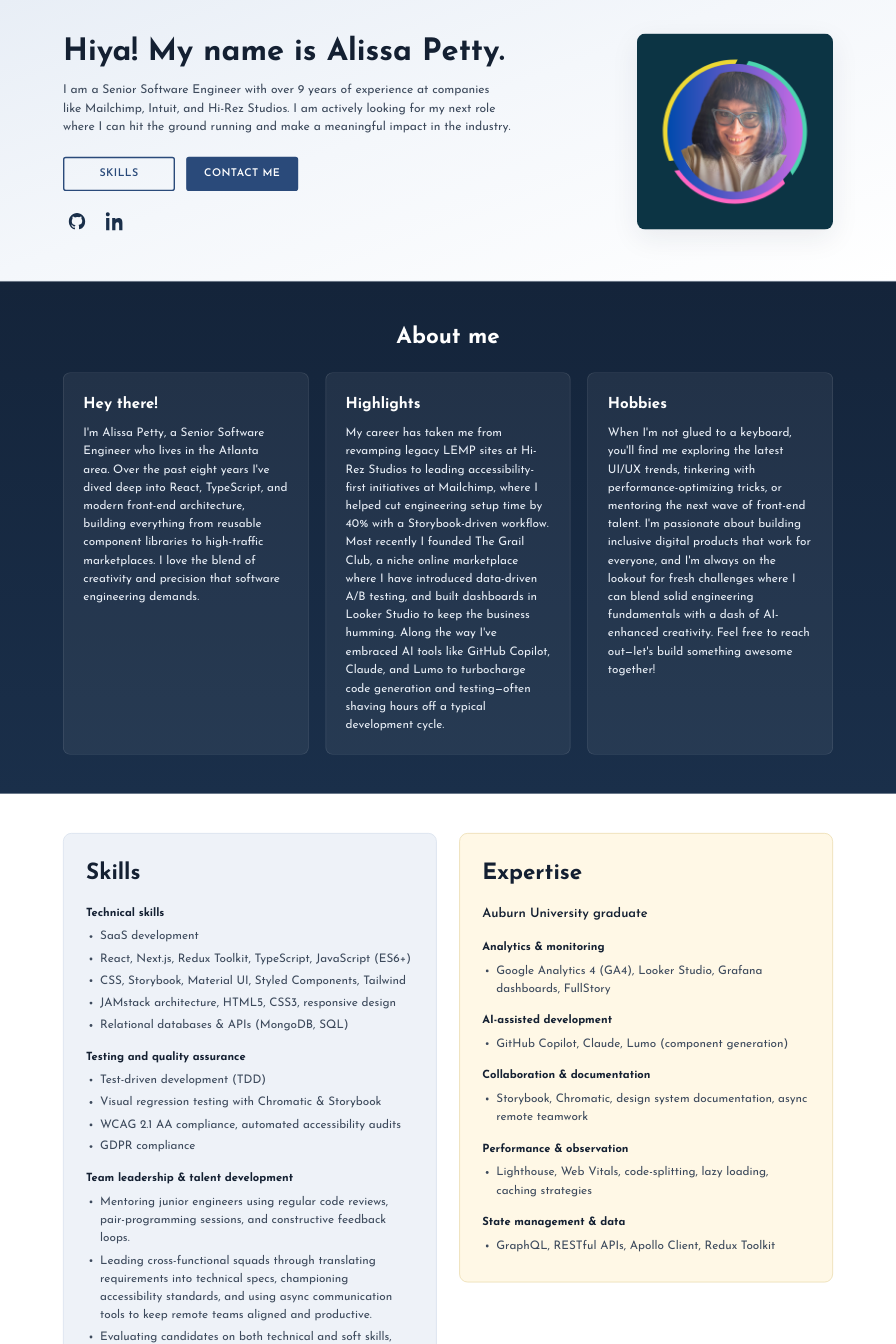
Repository: AlissaSPetty/alissa-petty-com
Page: /
The author's editor kept a copy of each file at every save. The page is drawn from the files as they stood at one save, then again after the next save.
The browser window is 1280 px wide. The pictures show the part of the page from y = 0 to 1920 px (the page is 4094 px tall), at 70% of full size.
The project was rebuilt for these pictures with package versions that can differ from the ones it lists, and the page was loaded fresh each time. Also part of the build but not shown: vite.config.ts, src/legal.css, src/pages/LegalPage.tsx.

Above is the page before, as saved 2026-05-03 17:44:52.

### index.html
<!doctype html>
<html lang="en">
  <head>
    <meta charset="UTF-8" />
    <link rel="icon" type="image/svg+xml" href="/favicon.svg" />
    <meta name="viewport" content="width=device-width, initial-scale=1.0" />
    <meta
      name="description"
      content="Alissa Petty — Senior Software Engineer. React, TypeScript, and modern web development. Atlanta area."
    />
    <meta
      name="keywords"
      content="Software Engineer, Web Developer, React, JavaScript, CV, Alissa Petty, Atlanta"
    />
    <title>Alissa Petty — Senior Software Engineer</title>
  </head>
  <body>
    <div id="root"></div>
    <script type="module" src="/src/main.tsx"></script>
  </body>
</html>

### src/index.css
@import url('https://fonts.googleapis.com/css2?family=Josefin+Sans:ital,wght@0,300;0,400;0,500;0,600;0,700;1,400&display=swap');

:root {
  --font-body: 'Josefin Sans', system-ui, sans-serif;
  --bg: #f4f7fb;
  --bg-muted: #eef2f8;
  --surface: #ffffff;
  --navy: #1a2f4a;
  --navy-deep: #14243a;
  --primary: #2a4a7a;
  --primary-hover: #355a92;
  --accent-footer: #f4d35e;
  --footer-text: #1a2332;
  --heading: #142032;
  --text: #3d4a5c;
  --text-on-dark: #e8eef6;
  --link: #1e5a9e;
  --border: #d5deeb;
  --shadow: 0 12px 40px rgba(20, 36, 58, 0.08);
}

*,
*::before,
*::after {
  box-sizing: border-box;
}

html {
  scroll-behavior: smooth;
}

body {
  margin: 0;
  font-family: var(--font-body);
  font-size: 1.05rem;
  line-height: 1.55;
  color: var(--text);
  background: var(--bg);
}

#root {
  min-height: 100vh;
}

.visually-hidden {
  position: absolute;
  width: 1px;
  height: 1px;
  padding: 0;
  margin: -1px;
  overflow: hidden;
  clip: rect(0, 0, 0, 0);
  white-space: nowrap;
  border: 0;
}

.skip-link {
  position: absolute;
  left: -9999px;
  top: 0.75rem;
  z-index: 100;
  padding: 0.5rem 1rem;
  background: var(--navy);
  color: var(--text-on-dark);
  font-weight: 600;
  text-decoration: none;
  border-radius: 4px;
}

.skip-link:focus {
  left: 0.75rem;
}

a {
  color: var(--link);
}

.container {
  width: min(1100px, 100% - 2rem);
  margin-inline: auto;
}

/* Hero */
.hero {
  background: linear-gradient(160deg, #e8eef6 0%, #f4f7fb 45%, #ffffff 100%);
  padding: 3rem 0 4rem;
  border-bottom: 1px solid var(--border);
}

.hero-inner {
  width: min(1100px, 100% - 2rem);
  margin-inline: auto;
  display: flex;
  flex-wrap: wrap;
  align-items: center;
  gap: 2.5rem;
  justify-content: space-between;
}

.hero-copy {
  flex: 1 1 320px;
  max-width: 640px;
}

.hero-copy h1 {
  margin: 0 0 1rem;
  font-size: clamp(1.85rem, 4vw, 2.75rem);
  font-weight: 700;
  color: var(--heading);
  line-height: 1.15;
}

.lead {
  margin: 0 0 1.75rem;
  font-size: 1.08rem;
}

.hero-actions {
  display: flex;
  flex-wrap: wrap;
  gap: 1rem;
  margin-bottom: 1.5rem;
}

.btn {
  display: inline-flex;
  align-items: center;
  justify-content: center;
  min-width: 10rem;
  padding: 0.65rem 1.35rem;
  font-family: inherit;
  font-size: 0.95rem;
  font-weight: 600;
  letter-spacing: 0.04em;
  text-transform: uppercase;
  text-decoration: none;
  border-radius: 4px;
  border: 2px solid transparent;
  cursor: pointer;
  transition: background 0.2s, color 0.2s, border-color 0.2s;
}

.btn:focus-visible {
  outline: 3px solid #f4d35e;
  outline-offset: 2px;
}

.btn-primary {
  background: var(--primary);
  color: #fff;
  border-color: var(--primary);
}

.btn-primary:hover {
  background: var(--primary-hover);
  border-color: var(--primary-hover);
}

.btn-outline {
  background: transparent;
  color: var(--primary);
  border-color: var(--primary);
}

.btn-outline:hover {
  background: rgba(42, 74, 122, 0.08);
}

.btn-block {
  width: 100%;
  min-width: unset;
}

.hero-social {
  display: flex;
  gap: 1rem;
}

.hero-social a {
  display: flex;
  color: var(--navy);
  padding: 0.35rem;
  border-radius: 6px;
}

.hero-social a:hover {
  background: rgba(26, 47, 74, 0.08);
}

.social-svg {
  width: 28px;
  height: 28px;
}

.hero-photo {
  margin: 0;
  flex: 0 1 280px;
  text-align: center;
}

.hero-photo img {
  width: min(50vw, 280px);
  max-width: 100%;
  height: auto;
  border-radius: 12px;
  box-shadow: var(--shadow);
  object-fit: cover;
  aspect-ratio: 1;
}

@media (max-width: 768px) {
  .hero-inner {
    flex-direction: column-reverse;
    text-align: center;
  }

  .hero-actions {
    justify-content: center;
  }

  .hero-social {
    justify-content: center;
  }

  .btn {
    width: 100%;
    min-width: unset;
  }
}

/* Sections */
.section {
  padding: 3.5rem 0;
}

.section--dark {
  background: linear-gradient(180deg, var(--navy-deep) 0%, var(--navy) 100%);
  color: var(--text-on-dark);
}

.section--muted {
  background: var(--bg-muted);
}

.section--skills {
  background: var(--surface);
}

.section--cta {
  background: linear-gradient(180deg, var(--primary) 0%, var(--navy) 100%);
  color: var(--text-on-dark);
}

.section-title {
  margin: 0 0 1.5rem;
  font-size: clamp(1.5rem, 3vw, 2rem);
  font-weight: 700;
  text-align: center;
  color: var(--heading);
}

.section-title--on-dark,
.section-title--on-primary {
  color: #fff;
}

.about-grid {
  display: grid;
  grid-template-columns: repeat(3, 1fr);
  gap: 1.5rem;
}

@media (max-width: 900px) {
  .about-grid {
    grid-template-columns: 1fr;
  }
}

.card {
  background: var(--surface);
  border-radius: 10px;
  padding: 1.75rem;
  box-shadow: var(--shadow);
}

.card--about {
  background: rgba(255, 255, 255, 0.06);
  border: 1px solid rgba(255, 255, 255, 0.12);
  color: var(--text-on-dark);
  box-shadow: none;
}

.card--about h3 {
  margin: 0 0 0.75rem;
  font-size: 1.35rem;
  color: #fff;
}

.card--about p {
  margin: 0;
}

.skills-layout {
  display: grid;
  grid-template-columns: 1fr 1fr;
  gap: 2rem;
  align-items: start;
}

@media (max-width: 900px) {
  .skills-layout {
    grid-template-columns: 1fr;
  }
}

.skills-panel {
  background: var(--bg-muted);
  border: 1px solid var(--border);
  border-radius: 12px;
  padding: 2rem;
}

.skills-panel--accent {
  background: #fff8e6;
  border-color: #e8d9a8;
}

.skills-panel h2 {
  text-align: left;
  margin-bottom: 1.25rem;
}

.skills-panel h4 {
  margin: 1.25rem 0 0.5rem;
  font-size: 1rem;
  font-weight: 700;
  color: var(--heading);
  text-transform: none;
}

.skills-panel ul {
  margin: 0;
  padding-left: 1.25rem;
}

.skills-panel li {
  margin-bottom: 0.35rem;
}

.degree {
  margin: 0 0 1rem;
  font-size: 1.15rem;
  font-weight: 600;
  color: var(--heading);
}

.divider {
  border: none;
  border-top: 1px solid var(--border);
  margin: 0 0 2.5rem;
}

.divider--on-primary {
  border-top-color: rgba(255, 255, 255, 0.25);
}

.work-grid {
  display: grid;
  grid-template-columns: repeat(3, 1fr);
  gap: 1.25rem;
}

@media (max-width: 900px) {
  .work-grid {
    grid-template-columns: 1fr;
  }
}

.work-grid figure {
  margin: 0;
  background: var(--surface);
  border-radius: 10px;
  overflow: hidden;
  border: 1px solid var(--border);
  box-shadow: var(--shadow);
}

.work-grid img {
  display: block;
  width: 100%;
  height: auto;
  aspect-ratio: 16 / 9;
  object-fit: cover;
}

.work-grid figcaption {
  padding: 0.85rem 1rem;
  font-weight: 600;
  text-align: center;
  color: var(--heading);
  font-size: 0.95rem;
}

.pub-grid {
  display: grid;
  grid-template-columns: 1fr 1fr;
  gap: 2rem;
}

@media (max-width: 768px) {
  .pub-grid {
    grid-template-columns: 1fr;
  }
}

.pub-card {
  background: var(--surface);
  border-radius: 12px;
  padding: 2rem;
  border: 1px solid var(--border);
  text-align: center;
  box-shadow: var(--shadow);
}

.pub-card h3 {
  margin: 0 0 1rem;
  font-size: 1.15rem;
  font-weight: 600;
  color: var(--heading);
  line-height: 1.35;
}

.pub-logo {
  display: block;
  margin: 0 auto 1.25rem;
  max-width: 100%;
  height: auto;
}

.cta-lead {
  text-align: center;
  max-width: 640px;
  margin: 0 auto 2.5rem;
  font-size: 1.05rem;
  opacity: 0.95;
}

.services-grid {
  display: grid;
  grid-template-columns: repeat(3, 1fr);
  gap: 1.5rem;
}

@media (max-width: 900px) {
  .services-grid {
    grid-template-columns: 1fr;
  }
}

.card--service {
  background: rgba(255, 255, 255, 0.08);
  border: 1px solid rgba(255, 255, 255, 0.2);
  color: var(--text-on-dark);
  box-shadow: none;
}

.card--service h3 {
  margin: 0 0 0.75rem;
  color: #fff;
  font-size: 1.25rem;
}

.card--service p {
  margin: 0;
}

/* Footer */
.site-footer {
  background: var(--accent-footer);
  color: var(--footer-text);
  padding: 3rem 0;
  text-align: center;
}

.footer-inner {
  display: flex;
  flex-direction: column;
  align-items: center;
  gap: 1rem;
}

.footer-name {
  margin: 0;
  font-size: clamp(1.75rem, 4vw, 2.5rem);
  font-weight: 700;
  color: var(--footer-text);
}

.footer-social {
  display: flex;
  gap: 1rem;
}

.footer-social a {
  color: var(--footer-text);
  padding: 0.35rem;
  border-radius: 6px;
}

.footer-social a:hover {
  background: rgba(26, 35, 50, 0.1);
}

.social-svg--footer {
  width: 32px;
  height: 32px;
}

.footer-copy,
.footer-legal {
  margin: 0;
  font-size: 0.95rem;
}

.footer-legal a {
  color: var(--footer-text);
  font-weight: 600;
  text-decoration: none;
}

.footer-legal a:hover {
  text-decoration: underline;
}

### src/App.tsx
import { Route, Routes } from 'react-router-dom'
import { Home } from './pages/Home'
import { LegalPage } from './pages/LegalPage'

export default function App() {
  return (
    <Routes>
      <Route path="/" element={<Home />} />
      <Route
        path="/privacy"
        element={
          <LegalPage title="Privacy policy">
            <p>
              This is a placeholder privacy policy for the rebuilt portfolio site.
              Replace this text with your real policy before publishing.
            </p>
            <p>
              If you have questions, contact{' '}
              <a href="mailto:alissa@petty.io">alissa@petty.io</a>.
            </p>
          </LegalPage>
        }
      />
      <Route
        path="/legal-notice"
        element={
          <LegalPage title="Legal notice">
            <p>
              This is a placeholder legal notice / imprint for the rebuilt portfolio
              site. Replace with jurisdiction-appropriate legal text before publishing.
            </p>
            <p>
              Contact: <a href="mailto:alissa@petty.io">alissa@petty.io</a>
            </p>
          </LegalPage>
        }
      />
    </Routes>
  )
}

### src/components/Icons.tsx
export function IconGitHub({ className }: { className?: string }) {
  return (
    <svg
      className={className}
      xmlns="http://www.w3.org/2000/svg"
      viewBox="0 0 24 24"
      aria-hidden
      focusable="false"
    >
      <path
        fill="currentColor"
        d="M12 2C6.48 2 2 6.58 2 12.26c0 4.52 2.87 8.35 6.84 9.69.5.1.68-.22.68-.48 0-.24-.01-.87-.01-1.7-2.78.62-3.37-1.37-3.37-1.37-.45-1.18-1.1-1.5-1.1-1.5-.9-.63.07-.62.07-.62 1 .07 1.53 1.05 1.53 1.05.89 1.56 2.34 1.11 2.91.85.09-.67.35-1.11.63-1.37-2.22-.26-4.56-1.14-4.56-5.07 0-1.12.39-2.03 1.03-2.75-.1-.26-.45-1.3.1-2.71 0 0 .84-.28 2.75 1.05A9.38 9.38 0 0 1 12 6.84c.85.004 1.71.12 2.51.35 1.91-1.33 2.75-1.05 2.75-1.05.55 1.41.2 2.45.1 2.71.64.72 1.03 1.63 1.03 2.75 0 3.94-2.34 4.81-4.57 5.06.36.32.68.94.68 1.9 0 1.37-.01 2.47-.01 2.8 0 .27.18.59.69.48A10.01 10.01 0 0 0 22 12.26C22 6.58 17.52 2 12 2Z"
      />
    </svg>
  )
}

export function IconLinkedIn({ className }: { className?: string }) {
  return (
    <svg
      className={className}
      xmlns="http://www.w3.org/2000/svg"
      viewBox="0 0 24 24"
      aria-hidden
      focusable="false"
    >
      <path
        fill="currentColor"
        d="M4.98 3.5C4.98 4.88 3.86 6 2.5 6S0 4.88 0 3.5 1.12 1 2.5 1s2.48 1.12 2.48 2.5ZM.5 8h4V23H.5V8Zm7.5 0h3.84v2.05h.05c.53-1 1.84-2.05 3.79-2.05 4.05 0 4.8 2.67 4.8 6.13V23h-4v-6.35c0-1.52-.03-3.48-2.12-3.48-2.12 0-2.44 1.65-2.44 3.36V23h-4V8Z"
      />
    </svg>
  )
}

Loaded but not shown: src/main.tsx (common file); src/pages/Home.tsx (310 lines, source omitted)

After the next save:
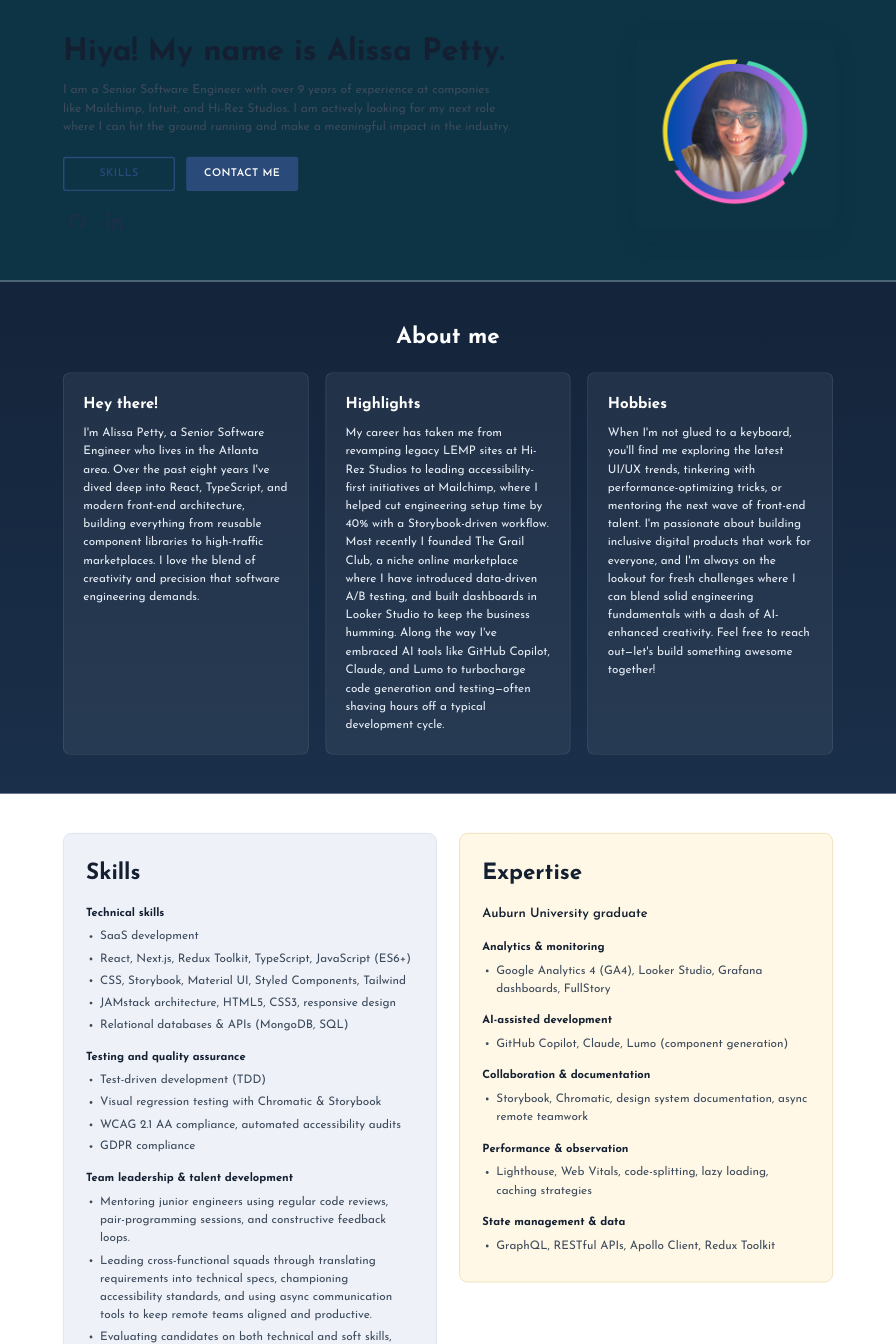
Saved 2 min 3 s later.
--- a/src/index.css
+++ b/src/index.css
@@ -1,7 +1,7 @@
-@import url('https://fonts.googleapis.com/css2?family=Josefin+Sans:ital,wght@0,300;0,400;0,500;0,600;0,700;1,400&display=swap');
+@import url("https://fonts.googleapis.com/css2?family=Josefin+Sans:ital,wght@0,300;0,400;0,500;0,600;0,700;1,400&display=swap");
 
 :root {
-  --font-body: 'Josefin Sans', system-ui, sans-serif;
+  --font-body: "Josefin Sans", system-ui, sans-serif;
   --bg: #f4f7fb;
   --bg-muted: #eef2f8;
   --surface: #ffffff;
@@ -82,7 +82,7 @@
 
 /* Hero */
 .hero {
-  background: linear-gradient(160deg, #e8eef6 0%, #f4f7fb 45%, #ffffff 100%);
+  background: #0c3444;
   padding: 3rem 0 4rem;
   border-bottom: 1px solid var(--border);
 }
@@ -137,7 +137,10 @@
   border-radius: 4px;
   border: 2px solid transparent;
   cursor: pointer;
-  transition: background 0.2s, color 0.2s, border-color 0.2s;
+  transition:
+    background 0.2s,
+    color 0.2s,
+    border-color 0.2s;
 }
 
 .btn:focus-visible {
